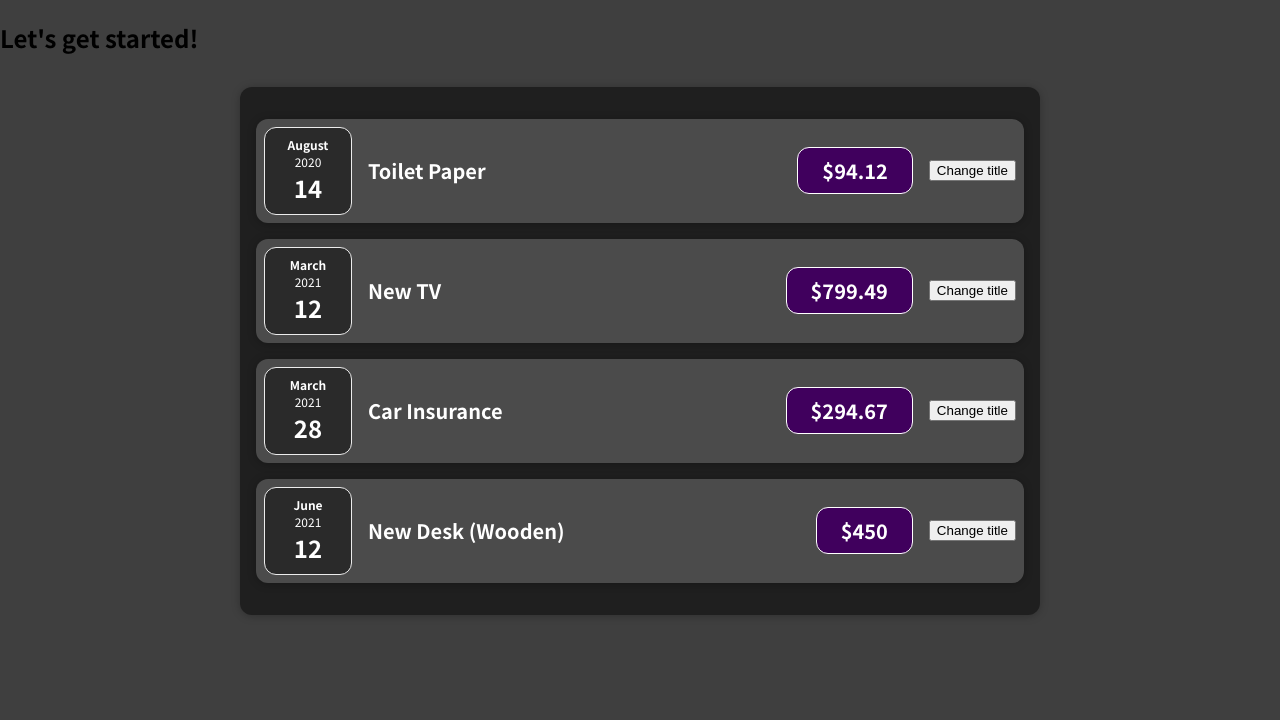
Repository: Dark-Developer93/react-complete-guide
Page: /
These files come from the project's save history. The page is drawn as it stood at one moment and after the next save; the edit follows.
The browser window is 1280 px wide. The pictures show the whole page.
The project was rebuilt for these pictures with package versions that can differ from the ones it lists, and the page was loaded fresh each time. Also part of the build but not shown: src/components/Expenses/NewExpense/NewExpense.css.

Above is the page before, as saved 2022-11-04 22:16:30.

After the next save:
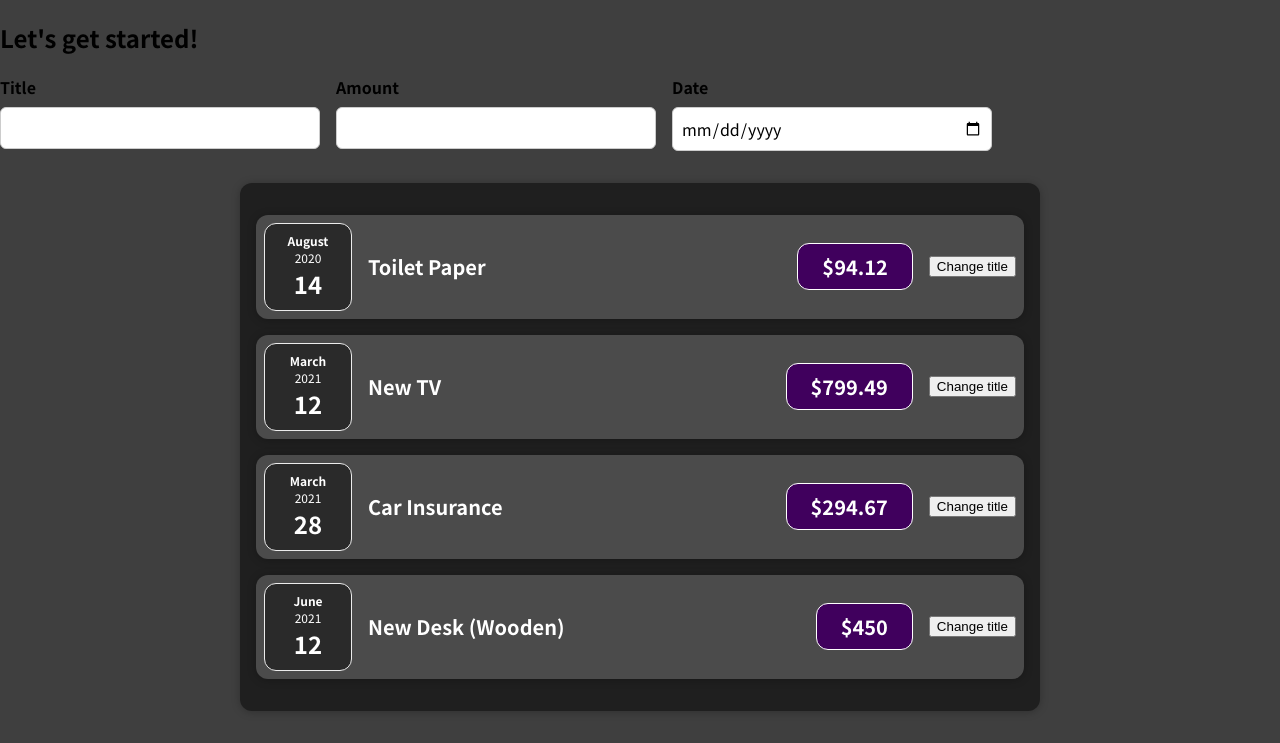
Saved 33 s later.
--- a/src/App.js
+++ b/src/App.js
@@ -1,4 +1,5 @@
 import Expenses from "./components/Expenses/Expenses";
+import NewExpense from "./components/Expenses/NewExpense/NewExpense";
 
 const App = () => {
   const expenses = [
@@ -34,6 +35,7 @@ const App = () => {
   return (
     <div>
       <h2>Let's get started!</h2>
+      <NewExpense />
       <Expenses item={expenses} />
     </div>
   );
